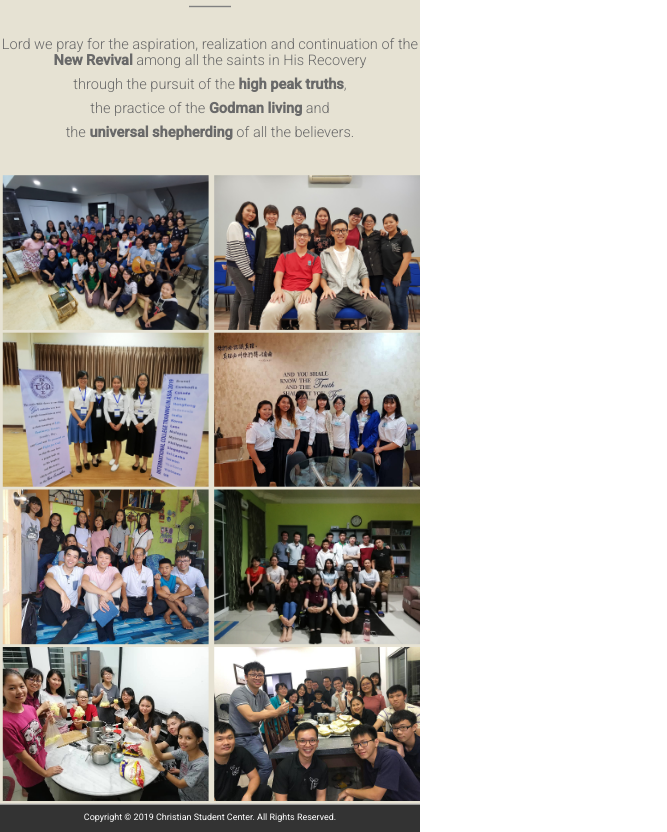
Repository: kongteckmee/christian-sc
Page: gallery.html
The author's editor kept a record of every edit. The page is drawn from the files as they stood at one moment, then again after the next edit.
The browser window is 600 px wide. The page is 953 px wide, so the pictures cover 953 px, including what lies to the right of the window. The pictures show the part of the page from y = 956 to 3196 px (the page is 2145 px tall before and 4878 px after), at 70% of full size.
Some web libraries are served in a nearby version.

Above is the page before.

After the next edit:
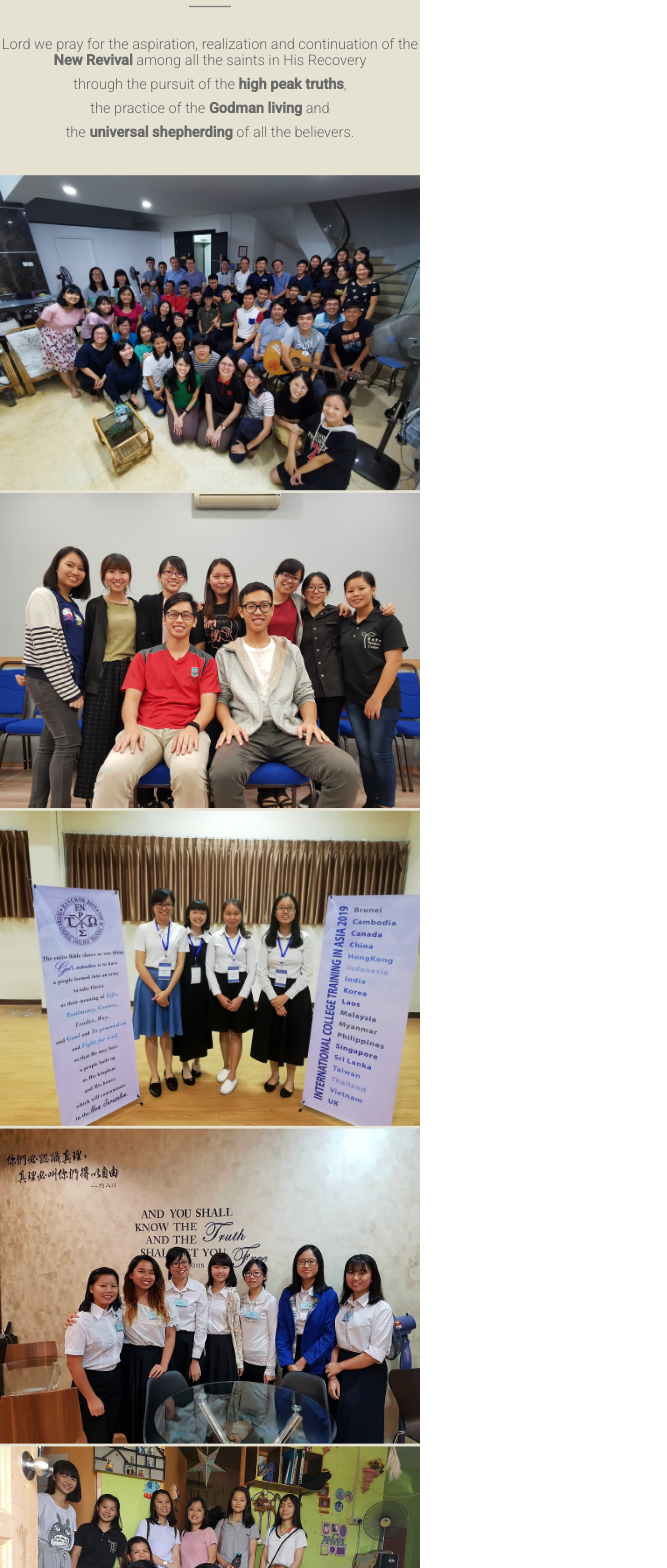
The edit:
--- a/assets/css/style.css
+++ b/assets/css/style.css
@@ -555,7 +555,7 @@
     }
 
     #photo img {
-        width: 49%;
-        margin-left: 4px;
-    }
-}
+        width: 100%;
+        margin: 0;
+    }
+}
